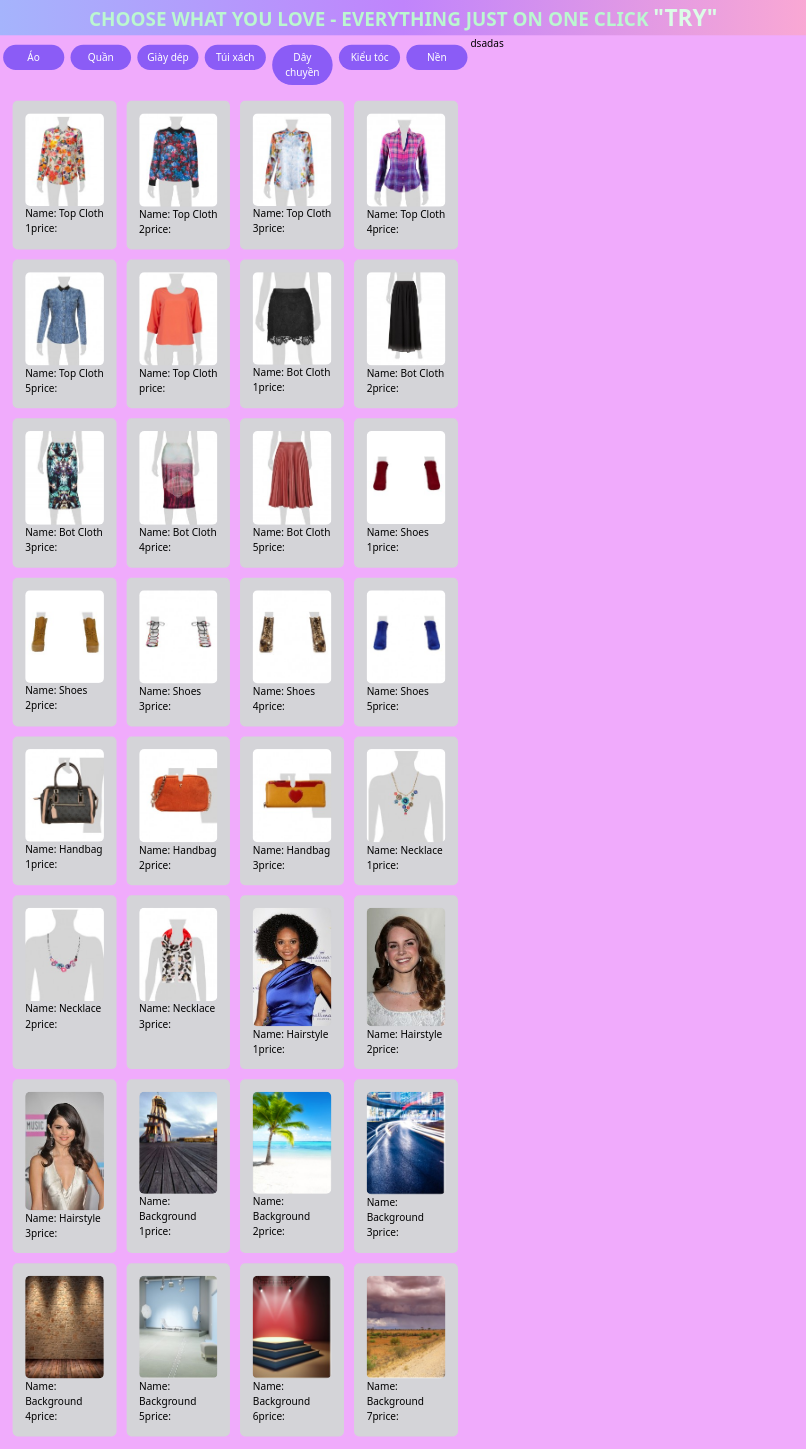
Repository: NguyenVietPhuQuy/ReactJs-TailWind-Redux-FunctionHook-ModelDesign
Page: / (app in modeldesign/)
These files come from the project's save history. The page is drawn as it stood at one moment and after the next save; the edit follows.
The browser window is 1280 px wide. The pictures show the whole page, at 63% of full size.
The project was rebuilt for these pictures with package versions that can differ from the ones it lists, and the page was loaded fresh each time. Also part of the build but not shown: modeldesign/src/App.css.

Above is the page before, as saved 2022-11-17 16:12:57.

After the next save:
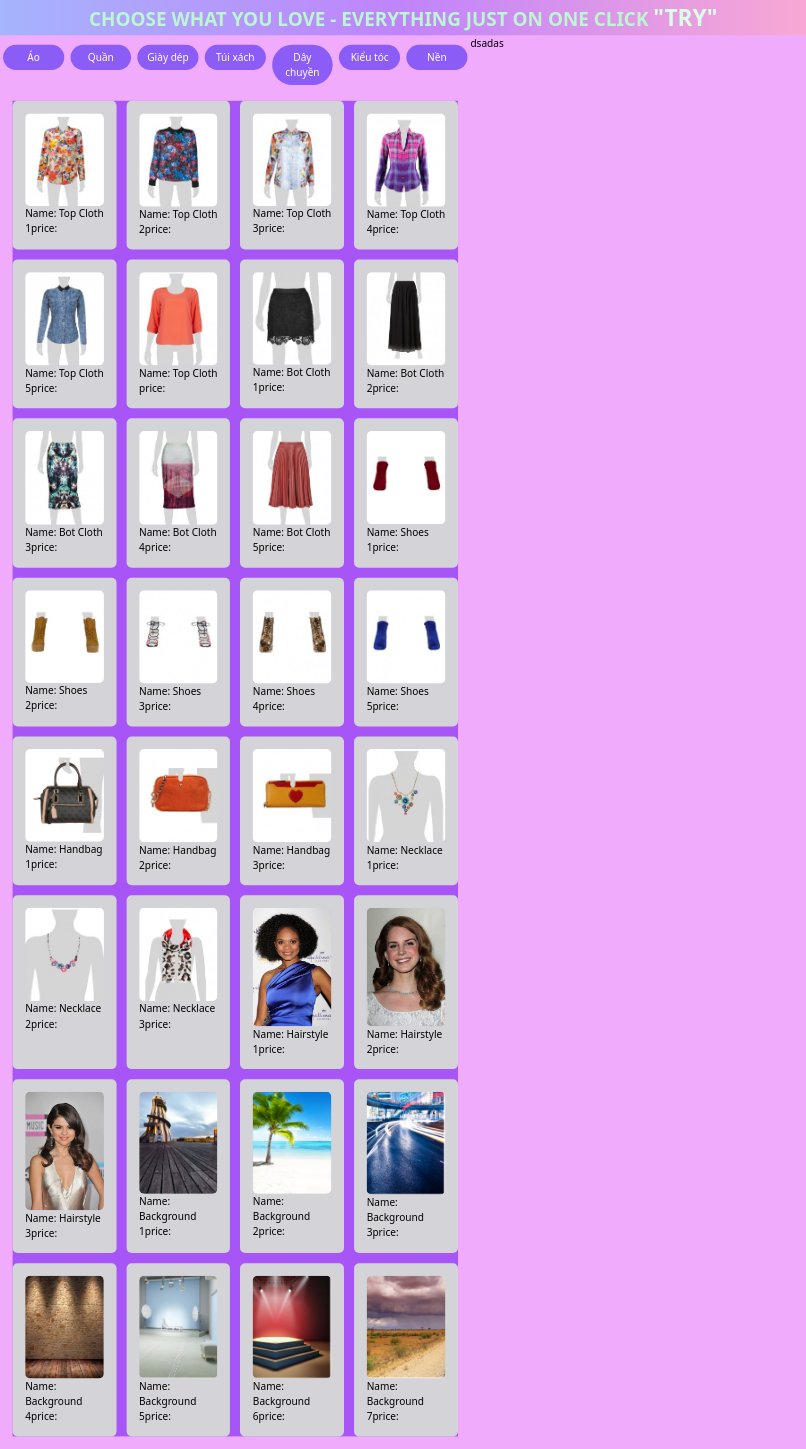
Saved 29 s later.
--- a/modeldesign/src/Components/ProductList.js
+++ b/modeldesign/src/Components/ProductList.js
@@ -4,7 +4,7 @@
     const productList = useSelector(state => state.products.product)
     console.log(productList)
     return (
-        <div className="grid grid-cols-4 gap-4 m-5 text-left">
+        <div className="grid grid-cols-4 gap-4 m-5 text-left bg-purple-500">
             {productList.map(item => {
                 return (
                     <div className="card bg-zinc-300 rounded-lg p-5">

After the save that followed:
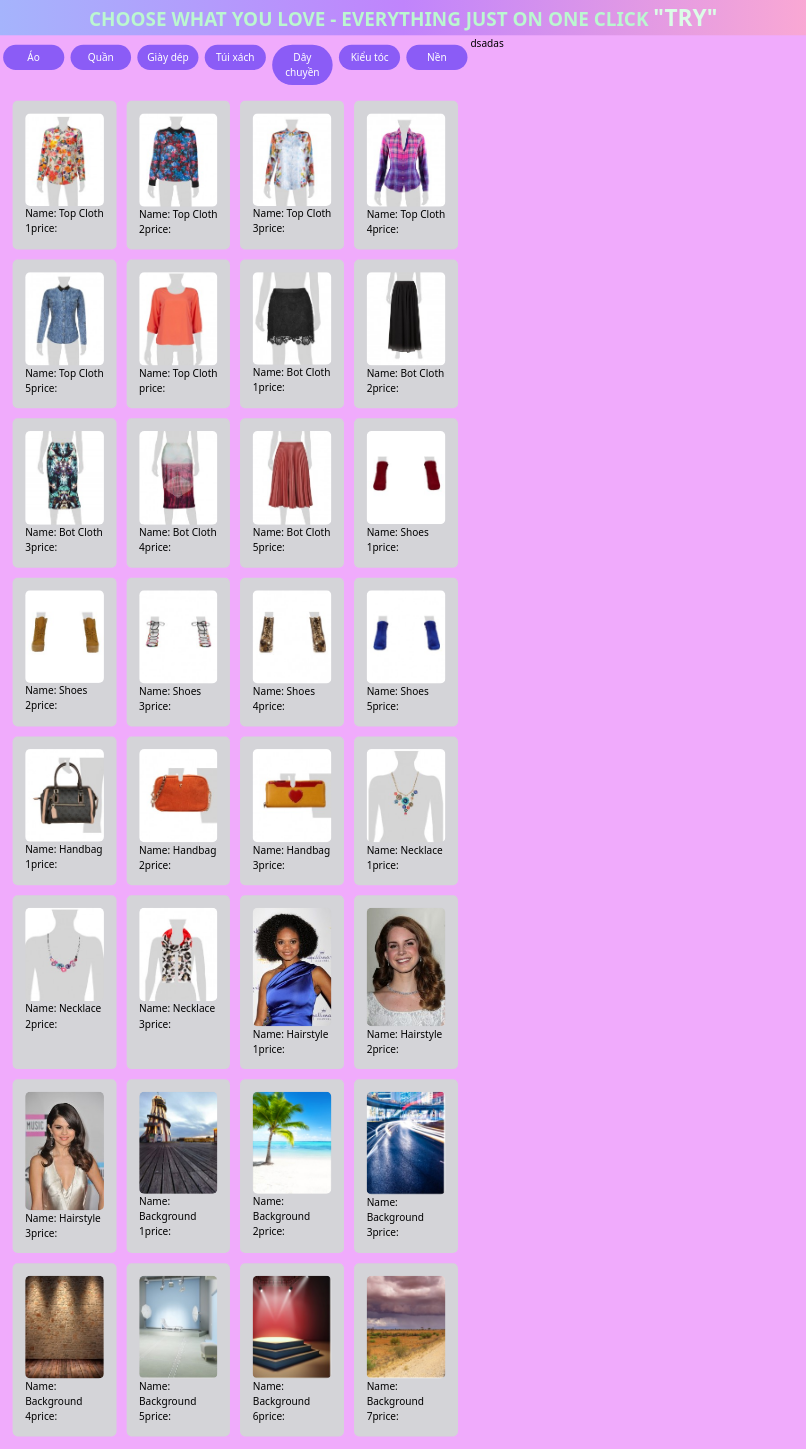
Saved 19 s later.
--- a/modeldesign/src/Components/ProductList.js
+++ b/modeldesign/src/Components/ProductList.js
@@ -4,7 +4,7 @@
     const productList = useSelector(state => state.products.product)
     console.log(productList)
     return (
-        <div className="grid grid-cols-4 gap-4 m-5 text-left bg-purple-500">
+        <div className="grid grid-cols-4 gap-4 m-5 text-left">
             {productList.map(item => {
                 return (
                     <div className="card bg-zinc-300 rounded-lg p-5">
